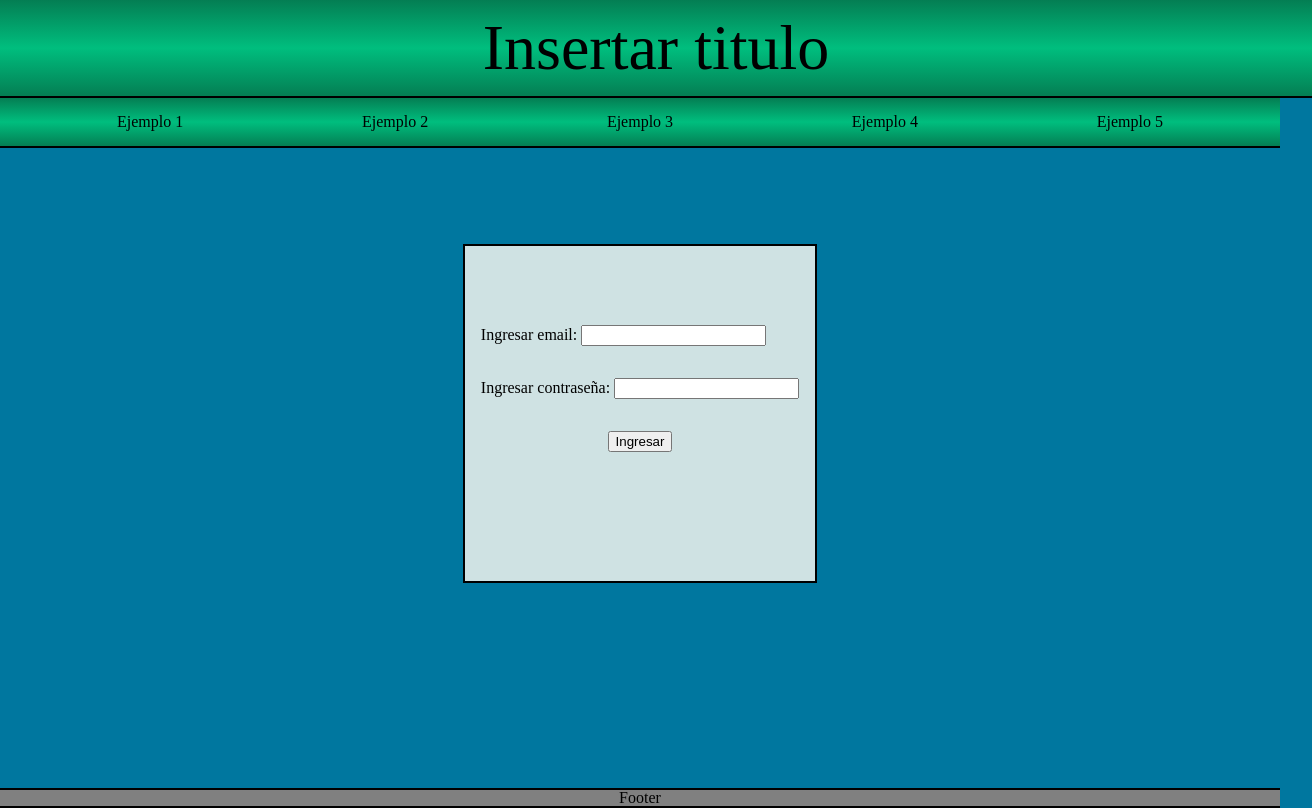
Repository: FacundoKinderknecht/Parcial-2-LPPA
Page: login/login.html
These files come from the project's save history. The page is drawn as it stood at one moment and after the next save; the edit follows.
The browser window is 1280 px wide. The page is 1312 px wide, so the pictures cover 1312 px, including what lies to the right of the window. The pictures show the whole page.

Above is the page before, as saved 2022-07-06 12:33:13.

### login/login.html
<!DOCTYPE html>
<html lang="en">
<head>
    <meta charset="UTF-8">
    <meta http-equiv="X-UA-Compatible" content="IE=edge">
    <meta name="viewport" content="width=device-width, initial-scale=1.0">
    <link rel="stylesheet" href="/reset.css">
    <link rel="stylesheet" href="/login/login.css">
    <title>Document</title>
</head>
<body>
    <header>
        <h1>Insertar titulo</h1>
    </header>
    <nav>
        <li>
            <a href="#">Ejemplo 1</a>
            <a href="#">Ejemplo 2</a>
            <a href="#">Ejemplo 3</a>
            <a href="#">Ejemplo 4</a>
            <a href="#">Ejemplo 5</a>
        </li>
    </nav>
    <main>
        <form id="formulario">
            <div class="email">
                <label for="email">Ingresar email:</label>
                <input type="text" name="email" id="email">
            </div>
            <div class="contraseña">
                <label for="contraseña">Ingresar contraseña:</label>
                <input type="password" name="contraseña" id="contraseña">
            </div>
            <div class="boton">
                <input type="submit" value="Ingresar" id="boton">
            </div>
        </form>
    </main>
    <footer>
        <p>Footer</p>
    </footer>
</body>
<script src="/login/login.js"></script>
</html>

### login/login.css
header{
    width: 100%;
    border-bottom: black 2px solid;
    padding: 1rem;
    font-size: 400%;
    background: linear-gradient(to top, rgb(4, 126, 83), rgb(0, 190, 126), rgb(4, 126, 83));
}
nav{
    display: inline;
    text-decoration: none;
}
li{
    padding: 1rem;
    background: linear-gradient(to top, rgb(4, 126, 83), rgb(0, 190, 126), rgb(4, 126, 83));
    text-decoration: none;
    list-style: none;
    color: black;
    border-bottom: black 2px solid;
}
a{
    display: inline-block;
    text-decoration: none;
    color: black;
    padding: 0% 7%;
}
body{
    background-color: rgb(0, 119, 159);
    height: 100%;
    align-items: center;
    text-align: center;
    margin: 0;
}
main{
    display: inline-block;
    width: 70%;
    padding-top: 6rem;
    height: 34rem;
}
form{
    display: inline-block;
    background-color: rgb(207, 226, 227);  border: black solid 2px;
    padding-top: 7%;
    height: 50%;
    align-items: center;
    text-align: center;
}
div{
    text-align: left;
    align-items:left;
    padding: 1rem;
}
.boton{
    text-align: center;
}
footer{
    border-top: 2px solid black;
    border-bottom: 2px solid black;
    background-color: grey;
    bottom: 0;
    width: 100%;
}

### login/login.js
botonSubmit = document.getElementById("boton");
email = document.getElementById("email");
contraseña = document.getElementById("contraseña");

validarSesion();

function validarSesion() {
  if (localStorage.logged == "true") {
    location = "./main/main.html";
  }
}

botonSubmit.onclick = (e) => {
  e.preventDefault();

  if (validarInputs()) {
    logInRequest();
  }
};

function validarInputs() {

    validacion = true;

    if (email.value === "" || email.value === null) {
      error(email, "Debe ingresar un email");
      validate = false;
    } else if (!emailValido(email.value)) {
      error(email, "Debe ingresar un email valido");
      validate = false;
    } else if (email.value != "valeria@gmail.com") {
      error(email, "El email no coincide con ningun email registrado");
      validate = false;
    } else {
      validado(email);
    }

    if (contraseña.value === "" || contraseña.value === null) {
      error(contraseña, "Debe ingresar una contraseña");
      validate = false;
    } else if (contraseña.value != "lppa2022") {
      error(contraseña, "contraseña incorrecta");
      validate = false;
    } else {
      validado(contraseña);
    }


    return validacion;
  }

  const emailValido = (email) => {
    const re =
      /^(([^<>()[\]\\.,;:\s@"]+(\.[^<>()[\]\\.,;:\s@"]+)*)|(".+"))@((\[[0-9]{1,3}\.[0-9]{1,3}\.[0-9]{1,3}\.[0-9]{1,3}\])|(([a-zA-Z\-0-9]+\.)+[a-zA-Z]{2,}))$/;
    return re.test(String(email).toLowerCase());
}

const error = (element, message) => {
    const inputControl = element.parentElement;
    const errorDisplay = inputControl.querySelector(".error");

    errorDisplay.innerText = message;
    errorDisplay.classList.add("active")
    errorDisplay.classList.remove("hidden")
    inputControl.classList.add("error");
    inputControl.classList.remove("success");
  };

  const validado = (element) => {
    const inputControl = element.parentElement;
    const errorDisplay = inputControl.querySelector(".error");

    errorDisplay.innerText = "";
    errorDisplay.classList.add("hidden")
    errorDisplay.classList.remove("active")
    inputControl.classList.add("success");
    inputControl.classList.remove("error");
  };

Loaded but not shown: reset.css (common file)

After the next save:
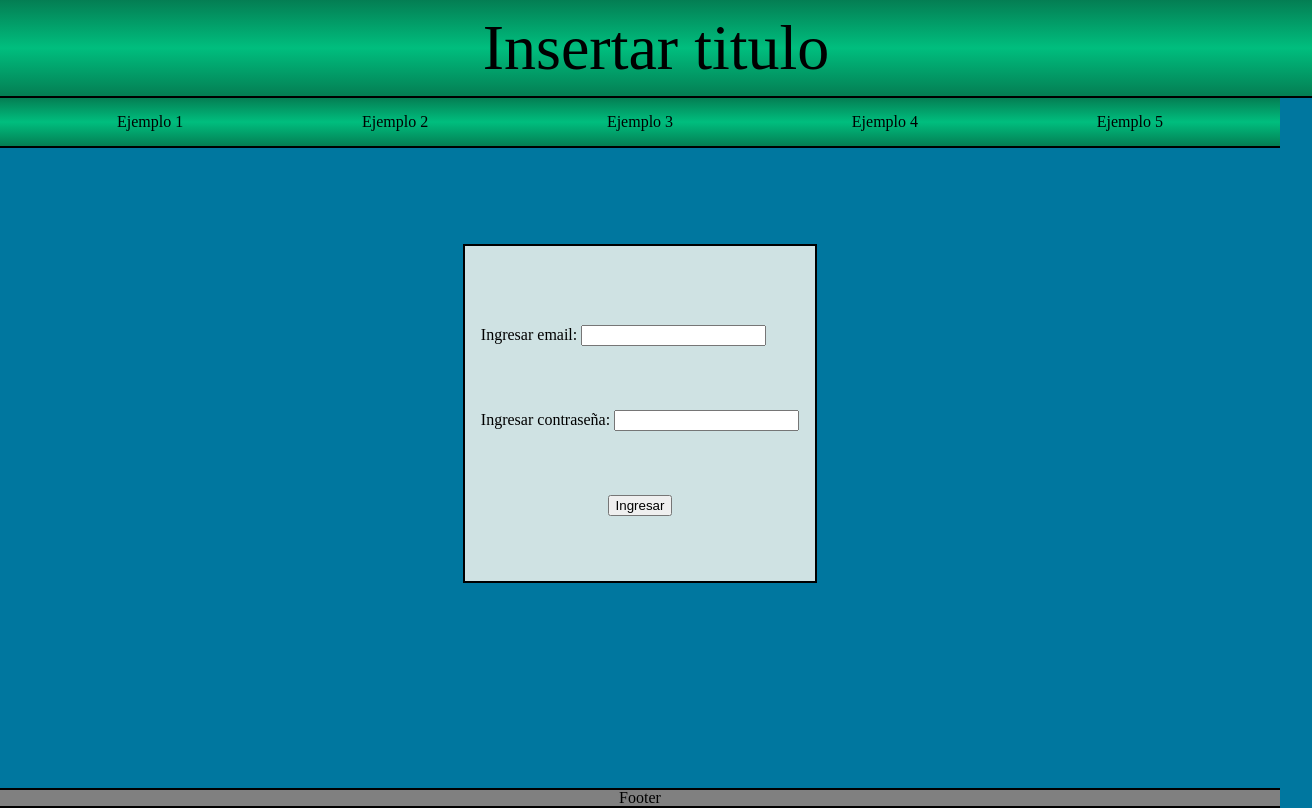
Saved 1 s later.
--- a/login/login.html
+++ b/login/login.html
@@ -26,10 +26,12 @@
             <div class="email">
                 <label for="email">Ingresar email:</label>
                 <input type="text" name="email" id="email">
+                <div class="error" id="errorEmail"></div>
             </div>
             <div class="contraseña">
                 <label for="contraseña">Ingresar contraseña:</label>
                 <input type="password" name="contraseña" id="contraseña">
+                <div class="error" id="errorContraseña"></div>
             </div>
             <div class="boton">
                 <input type="submit" value="Ingresar" id="boton">
--- a/login/login.js
+++ b/login/login.js
@@ -56,23 +56,23 @@ function validarInputs() {
 }
 
 const error = (element, message) => {
-    const inputControl = element.parentElement;
-    const errorDisplay = inputControl.querySelector(".error");
+    const controlInput = element.parentElement;
+    const mensajeError = controlInput.querySelector(".error");
 
-    errorDisplay.innerText = message;
-    errorDisplay.classList.add("active")
-    errorDisplay.classList.remove("hidden")
-    inputControl.classList.add("error");
-    inputControl.classList.remove("success");
+    mensajeError.innerText = message;
+    mensajeError.classList.add("active")
+    mensajeError.classList.remove("hidden")
+    controlInput.classList.add("error");
+    controlInput.classList.remove("success");
   };
 
   const validado = (element) => {
-    const inputControl = element.parentElement;
-    const errorDisplay = inputControl.querySelector(".error");
+    const controlInput = element.parentElement;
+    const mensajeError = controlInput.querySelector(".error");
 
-    errorDisplay.innerText = "";
-    errorDisplay.classList.add("hidden")
-    errorDisplay.classList.remove("active")
-    inputControl.classList.add("success");
-    inputControl.classList.remove("error");
+    mensajeError.innerText = "";
+    mensajeError.classList.add("hidden")
+    mensajeError.classList.remove("active")
+    controlInput.classList.add("success");
+    controlInput.classList.remove("error");
   };
